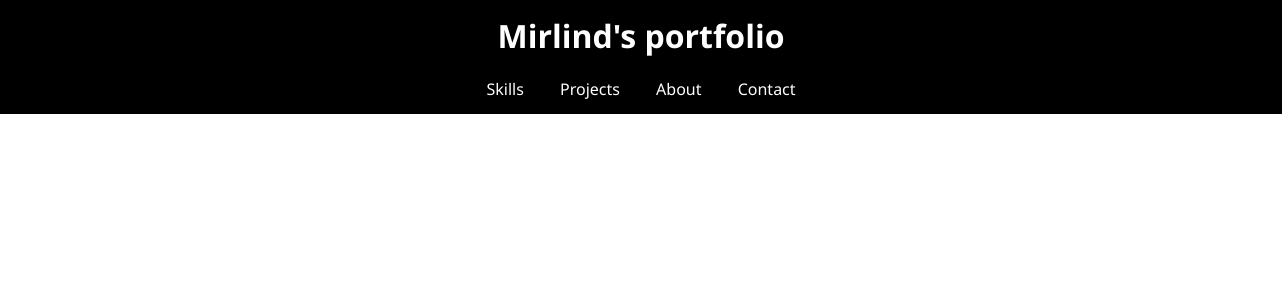
Repository: mirkbirki/mirkbirki.github.io
Page: index.html
An editor plug-in stored every save of this project. The page is shown before and after the next save, followed by the edit.
The browser window is 1280 px wide. The page is 1282 px wide, then 1280 px, so the pictures cover 1282 px, including what lies to the right of the window. The pictures show the whole page.

Above is the page before, as saved 2022-11-23 11:24:48.

### index.html
<!DOCTYPE html>
<html lang="en">
<head>
    <meta charset="UTF-8">
    <meta http-equiv="X-UA-Compatible" content="IE=edge">
    <meta name="viewport" content="width=device-width, initial-scale=1.0">
    <title>Mirlind's portfolio</title>
    <link rel="stylesheet" href="styles.css">
</head>
<body>
    <header>
        <div class="header-bar">
            <h1>Mirlind's portfolio</h1>
            <nav>
                <div class="nav-bar">
                    <ul>
                        <li>Skills</li>
                        <li>Projects</li>
                        <li>About</li>
                        <li>Contact</li>
                    </ul>
                </div>
            </nav>
        </div>

    </header>
</body>
</html>

### styles.css
* {
  font-family:'Segoe UI', Tahoma, Geneva, Verdana, sans-serif;
}

body {
  margin: 0;
}

.header-bar {
  width: 100%;
  height: fit-content;
  background-color: black;
  border: 1px solid rgb(0, 0, 0);
  text-align: center;
}

.header-bar h1 {
  color: white;
  padding: 0;
  margin-top: 0.8rem;
}

.nav-bar {
  color: white;

}

.nav-bar ul {
  list-style-type: none;
  margin: 0 auto;
  padding: 0 0 0.8rem 0;
}

.nav-bar li {
  display: inline-block;
  padding-right: 1rem;
  margin-left: 1rem;
}

@media screen and (max-width: 340px) {
  .nav-bar li {
    padding-right: 0.5rem;
    margin-left: 0.5rem;
  }
}

After the next save:
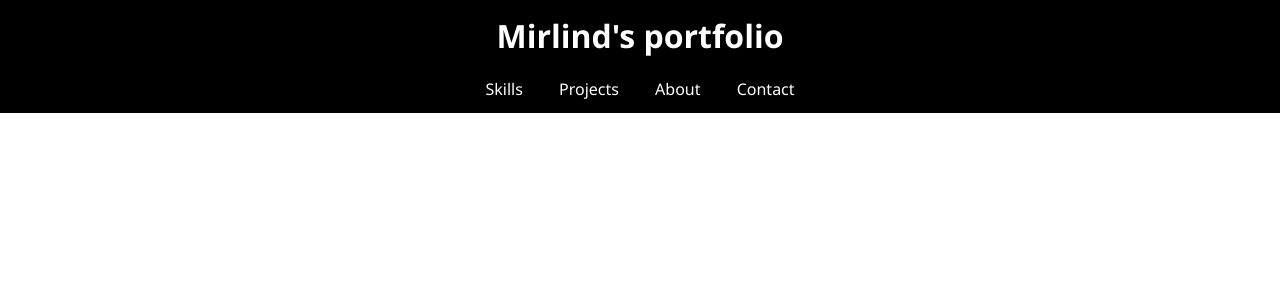
Saved 9 min 56 s later.
--- a/index.html
+++ b/index.html
@@ -12,17 +12,14 @@
         <div class="header-bar">
             <h1>Mirlind's portfolio</h1>
             <nav>
-                <div class="nav-bar">
-                    <ul>
-                        <li>Skills</li>
-                        <li>Projects</li>
-                        <li>About</li>
-                        <li>Contact</li>
-                    </ul>
-                </div>
+                <ul>
+                    <li><a href="#skills">Skills</a></li>
+                    <li><a href="#projects">Projects</a></li>
+                    <li><a href="#about">About</a></li>
+                    <li><a href="#contact">Contact</a></li>
+                </ul>
             </nav>
         </div>
-
     </header>
 </body>
 </html>
--- a/styles.css
+++ b/styles.css
@@ -10,7 +10,7 @@ body {
   width: 100%;
   height: fit-content;
   background-color: black;
-  border: 1px solid rgb(0, 0, 0);
+  border-top: 1px solid rgb(0, 0, 0);
   text-align: center;
 }
 
@@ -20,25 +20,29 @@ body {
   margin-top: 0.8rem;
 }
 
-.nav-bar {
-  color: white;
-
-}
-
-.nav-bar ul {
+nav ul {
   list-style-type: none;
   margin: 0 auto;
   padding: 0 0 0.8rem 0;
 }
 
-.nav-bar li {
+nav li {
   display: inline-block;
   padding-right: 1rem;
   margin-left: 1rem;
 }
 
+nav a {
+  text-decoration: none;
+  color: white;
+}
+
+nav a:hover {
+  color: gray;
+}
+
 @media screen and (max-width: 340px) {
-  .nav-bar li {
+  nav li {
     padding-right: 0.5rem;
     margin-left: 0.5rem;
   }
